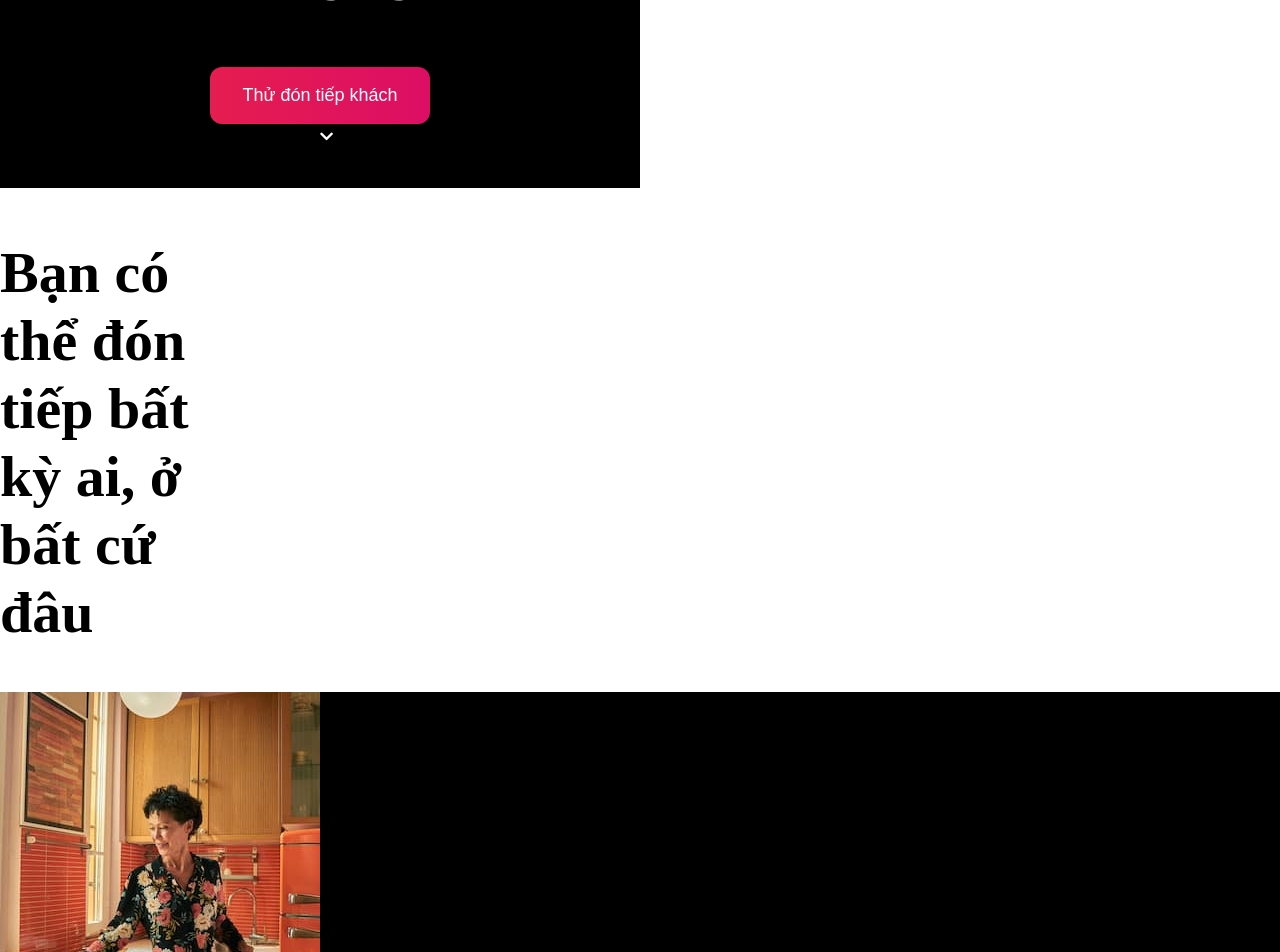
Repository: HoanTiny/AirbnbClone
Page: page3.html
The author's editor kept a copy of each file at every save. The page is drawn from the files as they stood at one save, then again after the next save.
The browser window is 1280 px wide. The pictures show the part of the page from y = 532 to 1484 px (the page is 1724 px tall before and 1588 px after).
Pictures or frames that could not be fetched are drawn as grey boxes.

Above is the page before, as saved 2021-09-13 10:01:27.

### page3.html
<!DOCTYPE html>
<html lang="en">
    <head>
        <meta charset="UTF-8" />
        <meta http-equiv="X-UA-Compatible" content="IE=edge" />
        <meta name="viewport" content="width=device-width, initial-scale=1.0" />
        <link rel="stylesheet" href="./acess/css/mainpage3.css" />
        <link rel="stylesheet" href="./acess/css/gird.css" />
        <link rel="stylesheet" href="./acess/css/base.css" />
        <link rel="stylesheet" href="./acess/css/reponsive.css" />
        <link
            rel="stylesheet"
            href="./acess/font/fontawesome-free-5.15.3-web/css/all.min.css"
        />
        <title>Cho thuê nhà</title>
    </head>
    <body>
        <div class="app-p3">
            <div class="banner">
                <div class="banner__left">
                    <div class="banner__left-img">
                        <svg
                            width="30"
                            height="32"
                            fill="currentcolor"
                            color="#fff"
                            style="display: block"
                        >
                            <path
                                d="M29.24 22.68c-.16-.39-.31-.8-.47-1.15l-.74-1.67-.03-.03c-2.2-4.8-4.55-9.68-7.04-14.48l-.1-.2c-.25-.47-.5-.99-.76-1.47-.32-.57-.63-1.18-1.14-1.76a5.3 5.3 0 00-8.2 0c-.47.58-.82 1.19-1.14 1.76-.25.52-.5 1.03-.76 1.5l-.1.2c-2.45 4.8-4.84 9.68-7.04 14.48l-.06.06c-.22.52-.48 1.06-.73 1.64-.16.35-.32.73-.48 1.15a6.8 6.8 0 007.2 9.23 8.38 8.38 0 003.18-1.1c1.3-.73 2.55-1.79 3.95-3.32 1.4 1.53 2.68 2.59 3.95 3.33A8.38 8.38 0 0022.75 32a6.79 6.79 0 006.75-5.83 5.94 5.94 0 00-.26-3.5zm-14.36 1.66c-1.72-2.2-2.84-4.22-3.22-5.95a5.2 5.2 0 01-.1-1.96c.07-.51.26-.96.52-1.34.6-.87 1.65-1.41 2.8-1.41a3.3 3.3 0 012.8 1.4c.26.4.45.84.51 1.35.1.58.06 1.25-.1 1.96-.38 1.7-1.5 3.74-3.21 5.95zm12.74 1.48a4.76 4.76 0 01-2.9 3.75c-.76.32-1.6.41-2.42.32-.8-.1-1.6-.36-2.42-.84a15.64 15.64 0 01-3.63-3.1c2.1-2.6 3.37-4.97 3.85-7.08.23-1 .26-1.9.16-2.73a5.53 5.53 0 00-.86-2.2 5.36 5.36 0 00-4.49-2.28c-1.85 0-3.5.86-4.5 2.27a5.18 5.18 0 00-.85 2.21c-.13.84-.1 1.77.16 2.73.48 2.11 1.78 4.51 3.85 7.1a14.33 14.33 0 01-3.63 3.12c-.83.48-1.62.73-2.42.83a4.76 4.76 0 01-5.32-4.07c-.1-.8-.03-1.6.29-2.5.1-.32.25-.64.41-1.02.22-.52.48-1.06.73-1.6l.04-.07c2.16-4.77 4.52-9.64 6.97-14.41l.1-.2c.25-.48.5-.99.76-1.47.26-.51.54-1 .9-1.4a3.32 3.32 0 015.09 0c.35.4.64.89.9 1.4.25.48.5 1 .76 1.47l.1.2c2.44 4.77 4.8 9.64 7 14.41l.03.03c.26.52.48 1.1.73 1.6.16.39.32.7.42 1.03.19.9.29 1.7.19 2.5z"
                            ></path>
                        </svg>
                    </div>
                    <div class="banner__left-conttent">
                        <h1 class="banner__left-heading">
                            Đón tiếp khách làm nên linh hồn của Airbnb
                        </h1>
                        <button class="banner__left-btn">
                            Thử đón tiếp khách
                        </button>
                    </div>
                    <i class="fas fa-chevron-down banner__left-icon"></i>
                </div>
                <div class="banner-right">
                    <video
                        id="video"
                        src="./acess/img/Cho thuê nhà trên Airbnb.webm"
                        class="banner__right-video"
                        autoplay
                        crossorigin="anonymous"
                        playsinline
                        preload="auto"
                        aria-label="Chelsea, Chủ nhà ở Philadelphia, mỉm cười khi mở cửa. Soraya, Chủ nhà ở Mumbai, mỉm cười khi mở cửa trước cùng một người khác ở bên cạnh. Mohamed, Chủ nhà ở Johannesburg, mỉm cười khi mở cửa. Maria, Chủ nhà ở Mexico City, gật đầu mỉm cười khi mang cây đi."
                    ></video>
                </div>
            </div>
            <div class="content">
                <div class="content__heading">
                    <div class="grid wide">
                        <h2 class="content__heading-top">
                            Bạn có thể đón tiếp bất kỳ ai, ở bất cứ đâu
                        </h2>
                    </div>
                    <div class="grid wide">
                        <div class="row content__home">
                            <div class="col l-4">
                                <img src="./acess/img/home-p3.jpg" class="img content__home-img"></img>
                            </div>
                        </div>
                    </div>
                </div>
                <div class="content__search"></div>
            </div>
        </div>
        <script>
            var videoPlayer = document.getElementById("video");
            // Auto play, half volume.
            videoPlayer.play();
            videoPlayer.volume = 0.5;

            // Play / pause.
            videoPlayer.addEventListener("click", function () {
                if (videoPlayer.paused == false) {
                    videoPlayer.pause();
                    videoPlayer.firstChild.nodeValue = "Play";
                } else {
                    videoPlayer.play();
                    videoPlayer.firstChild.nodeValue = "Pause";
                }
            });
        </script>
    </body>
</html>

### acess/css/mainpage3.css
body {
    margin: 0;
}

.banner {
    height: 100vh;
    display: flex;
    justify-content: center;
}
.banner__left {
    width: 50%;
    background-color: #000;
    position: relative;
}
.banner__left-img {
    padding: 24px;
}
.banner__left-conttent {
    display: flex;
    flex-direction: column;
    align-items: center;
    justify-content: center;
    position: absolute;
    top: 50%;
    left: 50%;
    transform: translate(-50%, -50%);
    width: fit-content;
}
.banner__left-heading {
    color: #fff;
    text-align: center;
    font-size: 6.8rem;
    line-height: 7rem;
    padding: 12px 24px;
    font-weight: 500;
}
.banner__left-btn {
    padding: 18px 32px;
    font-size: 1.8rem;
    border-radius: 12px;
    background-image: linear-gradient(
        to right,
        rgb(229, 29, 80),
        rgb(220, 14, 100)
    );
    color: var(--white-color);
    border: none;
    cursor: pointer;
}

.banner__left-icon {
    color: var(--white-color);
    position: absolute;
    bottom: 32px;
    font-size: 1.5rem;
    left: 50%;
    padding: 12px;
    margin-left: -12px;
    border-radius: 50%;
    cursor: pointer;
}

.banner__left-icon:hover {
    background-color: #999;
}

.banner-right {
    width: 50%;
}

.banner__right-video {
    object-fit: cover;
    object-position: center top;
    width: 100%;
    height: 100%;
}

.content__heading {
    position: relative;
    width: 320px;
}

.content__heading-top {
    margin-top: 48px;
    font-size: 5.8rem;
    line-height: 6.8rem;
    text-align: left;
    width: 60%;
}

.content__home {
    position: absolute;
}

.content__search {
    background-color: #000;
    height: 500px;
}

### acess/css/gird.css
.grid {
    width: 100%;
    display: block;
    padding: 0;
}

.grid.wide {
    max-width: 1200px;
    margin: 0 auto;
}

.row {
    display: flex;
    flex-wrap: wrap;
    margin-left: -8px;
    margin-right: -8px;
}

.row.no-gutters {
    margin-left: 0;
    margin-right: 0;
}

.col {
    padding-left: 12px;
    padding-right: 12px;
}

.row.no-gutters .col {
    padding-left: 0;
    padding-right: 0;
}

.c-0 {
    display: none;
}

.c-1 {
    flex: 0 0 8.33333%;
    max-width: 8.33333%;
}

.c-2 {
    flex: 0 0 16.66667%;
    max-width: 16.66667%;
}

.c-3 {
    flex: 0 0 25%;
    max-width: 25%;
}

.c-4 {
    flex: 0 0 33.33333%;
    max-width: 33.33333%;
}

.c-5 {
    flex: 0 0 41.66667%;
    max-width: 41.66667%;
}

.c-6 {
    flex: 0 0 50%;
    max-width: 50%;
}

.c-7 {
    flex: 0 0 58.33333%;
    max-width: 58.33333%;
}

.c-8 {
    flex: 0 0 66.66667%;
    max-width: 66.66667%;
}

.c-9 {
    flex: 0 0 75%;
    max-width: 75%;
}

.c-10 {
    flex: 0 0 83.33333%;
    max-width: 83.33333%;
}

.c-11 {
    flex: 0 0 91.66667%;
    max-width: 91.66667%;
}

.c-12 {
    flex: 0 0 100%;
    max-width: 100%;
}

.c-o-1 {
    margin-left: 8.33333%;
}

.c-o-2 {
    margin-left: 16.66667%;
}

.c-o-3 {
    margin-left: 25%;
}

.c-o-4 {
    margin-left: 33.33333%;
}

.c-o-5 {
    margin-left: 41.66667%;
}

.c-o-6 {
    margin-left: 50%;
}

.c-o-7 {
    margin-left: 58.33333%;
}

.c-o-8 {
    margin-left: 66.66667%;
}

.c-o-9 {
    margin-left: 75%;
}

.c-o-10 {
    margin-left: 83.33333%;
}

.c-o-11 {
    margin-left: 91.66667%;
}

/* >= Tablet */
@media (min-width: 740px) {
    .row {
        margin-left: -4px;
        margin-right: -4px;
    }

    .col {
        padding-left: 4px;
        padding-right: 4px;
    }

    .m-0 {
        display: none;
    }

    .m-1,
    .m-2,
    .m-3,
    .m-4,
    .m-5,
    .m-6,
    .m-7,
    .m-8,
    .m-9,
    .m-10,
    .m-11,
    .m-12 {
        display: block;
    }

    .m-1 {
        flex: 0 0 8.33333%;
        max-width: 8.33333%;
    }

    .m-2 {
        flex: 0 0 16.66667%;
        max-width: 16.66667%;
    }

    .m-3 {
        flex: 0 0 25%;
        max-width: 25%;
    }

    .m-4 {
        flex: 0 0 33.33333%;
        max-width: 33.33333%;
    }

    .m-5 {
        flex: 0 0 41.66667%;
        max-width: 41.66667%;
    }

    .m-6 {
        flex: 0 0 50%;
        max-width: 50%;
    }

    .m-7 {
        flex: 0 0 58.33333%;
        max-width: 58.33333%;
    }

    .m-8 {
        flex: 0 0 66.66667%;
        max-width: 66.66667%;
    }

    .m-9 {
        flex: 0 0 75%;
        max-width: 75%;
    }

    .m-10 {
        flex: 0 0 83.33333%;
        max-width: 83.33333%;
    }

    .m-11 {
        flex: 0 0 91.66667%;
        max-width: 91.66667%;
    }

    .m-12 {
        flex: 0 0 100%;
        max-width: 100%;
    }

    .m-o-1 {
        margin-left: 8.33333%;
    }

    .m-o-2 {
        margin-left: 16.66667%;
    }

    .m-o-3 {
        margin-left: 25%;
    }

    .m-o-4 {
        margin-left: 33.33333%;
    }

    .m-o-5 {
        margin-left: 41.66667%;
    }

    .m-o-6 {
        margin-left: 50%;
    }

    .m-o-7 {
        margin-left: 58.33333%;
    }

    .m-o-8 {
        margin-left: 66.66667%;
    }

    .m-o-9 {
        margin-left: 75%;
    }

    .m-o-10 {
        margin-left: 83.33333%;
    }

    .m-o-11 {
        margin-left: 91.66667%;
    }
}

/* PC medium resolution > */
@media (min-width: 1113px) {
    .row {
        margin-left: -12px;
        margin-right: -12px;
    }

    .row.sm-gutter {
        margin-left: -5px;
        margin-right: -5px;
    }

    .col {
        padding-left: 12px;
        padding-right: 12px;
    }

    .row.sm-gutter .col {
        padding-left: 5px;
        padding-right: 5px;
    }

    .l-0 {
        display: none;
    }

    .l-1,
    .l-2,
    .l-2-4,
    .l-3,
    .l-4,
    .l-5,
    .l-6,
    .l-7,
    .l-8,
    .l-9,
    .l-10,
    .l-11,
    .l-12 {
        display: block;
    }

    .l-1 {
        flex: 0 0 8.33333%;
        max-width: 8.33333%;
    }

    .l-2 {
        flex: 0 0 16.66667%;
        max-width: 16.66667%;
    }

    .l-2-4 {
        flex: 0 0 20%;
        max-width: 20%;
    }

    .l-3 {
        flex: 0 0 25%;
        max-width: 25%;
    }

    .l-4 {
        flex: 0 0 33.33333%;
        max-width: 33.33333%;
    }

    .l-5 {
        flex: 0 0 41.66667%;
        max-width: 41.66667%;
    }

    .l-6 {
        flex: 0 0 50%;
        max-width: 50%;
    }

    .l-7 {
        flex: 0 0 58.33333%;
        max-width: 58.33333%;
    }

    .l-8 {
        flex: 0 0 66.66667%;
        max-width: 66.66667%;
    }

    .l-9 {
        flex: 0 0 75%;
        max-width: 75%;
    }

    .l-10 {
        flex: 0 0 83.33333%;
        max-width: 83.33333%;
    }

    .l-11 {
        flex: 0 0 91.66667%;
        max-width: 91.66667%;
    }

    .l-12 {
        flex: 0 0 100%;
        max-width: 100%;
    }

    .l-o-1 {
        margin-left: 8.33333%;
    }

    .l-o-2 {
        margin-left: 16.66667%;
    }

    .l-o-3 {
        margin-left: 25%;
    }

    .l-o-4 {
        margin-left: 33.33333%;
    }

    .l-o-5 {
        margin-left: 41.66667%;
    }

    .l-o-6 {
        margin-left: 50%;
    }

    .l-o-7 {
        margin-left: 58.33333%;
    }

    .l-o-8 {
        margin-left: 66.66667%;
    }

    .l-o-9 {
        margin-left: 75%;
    }

    .l-o-10 {
        margin-left: 83.33333%;
    }

    .l-o-11 {
        margin-left: 91.66667%;
    }
}

/* Tablet - PC low resolution */
@media (min-width: 740px) and (max-width: 1023px) {
    .wide {
        width: 644px;
    }
}

/* > PC low resolution */
@media (min-width: 1024px) and (max-width: 1239px) {
    .wide {
        width: 984px;
    }

    .wide .row {
        margin-left: -12px;
        margin-right: -12px;
    }

    .wide .row.sm-gutter {
        margin-left: -5px;
        margin-right: -5px;
    }

    .wide .col {
        padding-left: 12px;
        padding-right: 12px;
    }

    .wide .row.sm-gutter .col {
        padding-left: 5px;
        padding-right: 5px;
    }

    .wide .l-0 {
        display: none;
    }

    .wide .l-1,
    .wide .l-2,
    .wide .l-2-4,
    .wide .l-3,
    .wide .l-4,
    .wide .l-5,
    .wide .l-6,
    .wide .l-7,
    .wide .l-8,
    .wide .l-9,
    .wide .l-10,
    .wide .l-11,
    .wide .l-12 {
        display: block;
    }

    .wide .l-1 {
        flex: 0 0 8.33333%;
        max-width: 8.33333%;
    }

    .wide .l-2 {
        flex: 0 0 16.66667%;
        max-width: 16.66667%;
    }

    .wide .l-2-4 {
        flex: 0 0 20%;
        max-width: 20%;
    }

    .wide .l-3 {
        flex: 0 0 25%;
        max-width: 25%;
    }

    .wide .l-4 {
        flex: 0 0 33.33333%;
        max-width: 33.33333%;
    }

    .wide .l-5 {
        flex: 0 0 41.66667%;
        max-width: 41.66667%;
    }

    .wide .l-6 {
        flex: 0 0 50%;
        max-width: 50%;
    }

    .wide .l-7 {
        flex: 0 0 58.33333%;
        max-width: 58.33333%;
    }

    .wide .l-8 {
        flex: 0 0 66.66667%;
        max-width: 66.66667%;
    }

    .wide .l-9 {
        flex: 0 0 75%;
        max-width: 75%;
    }

    .wide .l-10 {
        flex: 0 0 83.33333%;
        max-width: 83.33333%;
    }

    .wide .l-11 {
        flex: 0 0 91.66667%;
        max-width: 91.66667%;
    }

    .wide .l-12 {
        flex: 0 0 100%;
        max-width: 100%;
    }

    .wide .l-o-1 {
        margin-left: 8.33333%;
    }

    .wide .l-o-2 {
        margin-left: 16.66667%;
    }

    .wide .l-o-3 {
        margin-left: 25%;
    }

    .wide .l-o-4 {
        margin-left: 33.33333%;
    }

    .wide .l-o-5 {
        margin-left: 41.66667%;
    }

    .wide .l-o-6 {
        margin-left: 50%;
    }

    .wide .l-o-7 {
        margin-left: 58.33333%;
    }

    .wide .l-o-8 {
        margin-left: 66.66667%;
    }

    .wide .l-o-9 {
        margin-left: 75%;
    }

    .wide .l-o-10 {
        margin-left: 83.33333%;
    }

    .wide .l-o-11 {
        margin-left: 91.66667%;
    }
}

### acess/css/base.css
:root {
    --white-color:#fff;
    --black-color: #000;
    --text-color: #333;
}

* {
    box-sizing: inherit;
}

html {
    /* font-family: Circular, -apple-system, BlinkMacSystemFont, Roboto, "Helvetica Neue", sans-serif; */
    font-family: 'Font Awesome 5 Free';
    box-sizing: border-box;
    font-size: 62.5%;
    line-height: 1.8rem;
}

### acess/css/reponsive.css
@media (min-width: 723px) and (max-width: 1023px) {
    .hold-on-mobile-tablet {
        display: none;
    }
    .background {
        background-position: unset;
    }

    .header__nav-list-tablet {
        display: flex;
    }

    .search {
        margin: 0;
    }

    .search__item:first-of-type {
        padding-left: 32px;
    }

    .search__item {
        margin: 0;
        padding: 12px;
    }

    .home__product-tablet {
        height: 140px;
        overflow: hidden;
        display: -webkit-box;
        -webkit-line-clamp: 2;
    }

    .home__category-tablet {
        display: flex;
        max-width: 100%;
        overflow-x: auto;
        flex-wrap: nowrap;
    }

    .home__category-tablet::-webkit-scrollbar {
        display: none;
    }

    .home__category-item-tablet {
        width: 33.3333%;
        flex-shrink: 0;
    }

    .footer-end {
        flex-direction: column-reverse;
    }

    .footer__end-social-list{
        display: flex;
        justify-content: center;
    }

    .footer__end-copyright-list{
        flex-wrap: wrap;
        justify-content: center;
    }

    .footer__end-copyright__item:first-of-type {
        width: 100%;
        text-align: center;
        margin-bottom: 4px;
    }

    .header__nav-scrollba-btn {
        margin-left: auto;
    }

}

@media (max-width: 723px)
{
    .hold-on-mobile {
        display: none;
    }

    .search {
        display: none;
    }
    .header__nav {
        display: none;
    }

    .header__mobile{
        display: flex;
    }

    .footer {
        text-align: center;
    }

    .home__category-tablet {
        display: flex;
        max-width: 100%;
        overflow-x: auto;
        flex-wrap: nowrap;
    }

    .home__category-tablet::-webkit-scrollbar {
        display: none;
    }

    .home__category-item-tablet {
        width: 33.3333%;
        flex-shrink: 0;
    }

    #header__nav-scrollbar {
        display: none;
    }

    .header__mobile {
        position: fixed;
        top: 0px;
        left: 0;
        right: 0;
        z-index: 12;
        align-items: center;
    }

    .header__mobile-btn {
        border: none;
        background-color: rgb(247, 247, 247);
        box-shadow: none;
        top: 20;
    }

    .web__content-heading {
        font-size: 2.2rem;
        line-height: 2.6rem;
    }

    .home__category-next {
        display: none;
    }

    .home__category-return--active {
        display: none;
    }

    .home__experience-mobile {
        display: flex;
        max-width: 100%;
        overflow-x: auto;
        flex-wrap: nowrap;
    }

    .home__experience-mobile::-webkit-scrollbar {
        display: none;
    }

    .home__experience-mobile-item {
        width: 75%;
        flex-shrink: 0;
    }

    path {
        display: none;
    }
    .search-where {
        display: block;
        position: revert;
    }

    .search-where-icon {
        display: none;
    }

    /* Page 2 */

    .home-place__item-img {
        height: 345px;
    }

    .menu-list__item {
        border: none;
    }

    .header-page2 {
        border-bottom: none;
    }

    .header__mobile-page2 {
        display: block;
    }

    .home-place {
        margin-top: 115px;
    }

}

Loaded but not shown: acess/font/fontawesome-free-5.15.3-web/css/all.min.css (library)

After the next save:
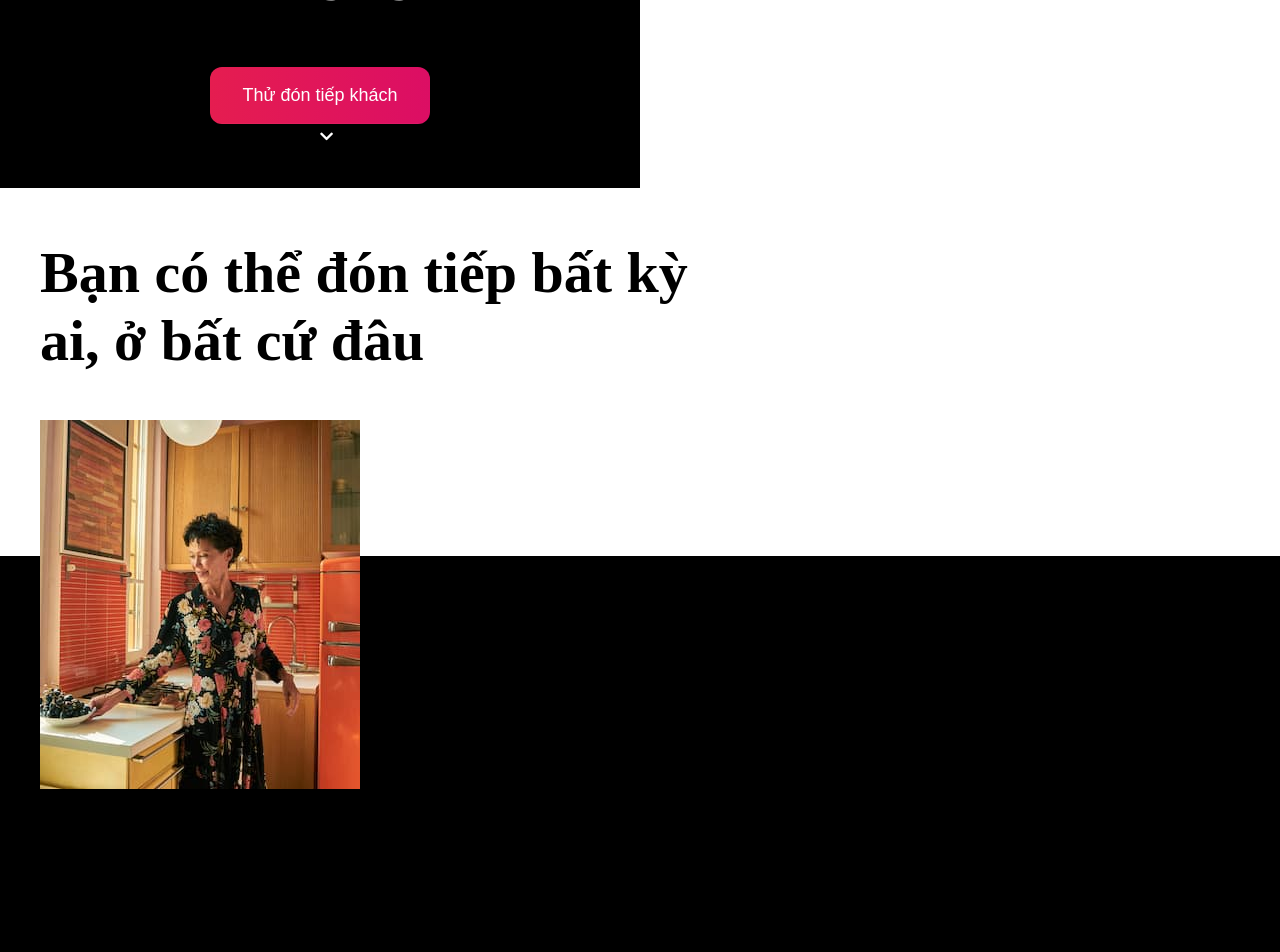
Saved 10 s later.
--- a/acess/css/mainpage3.css
+++ b/acess/css/mainpage3.css
@@ -77,7 +77,7 @@ body {
 
 .content__heading {
     position: relative;
-    width: 320px;
+    height: 320px;
 }
 
 .content__heading-top {
